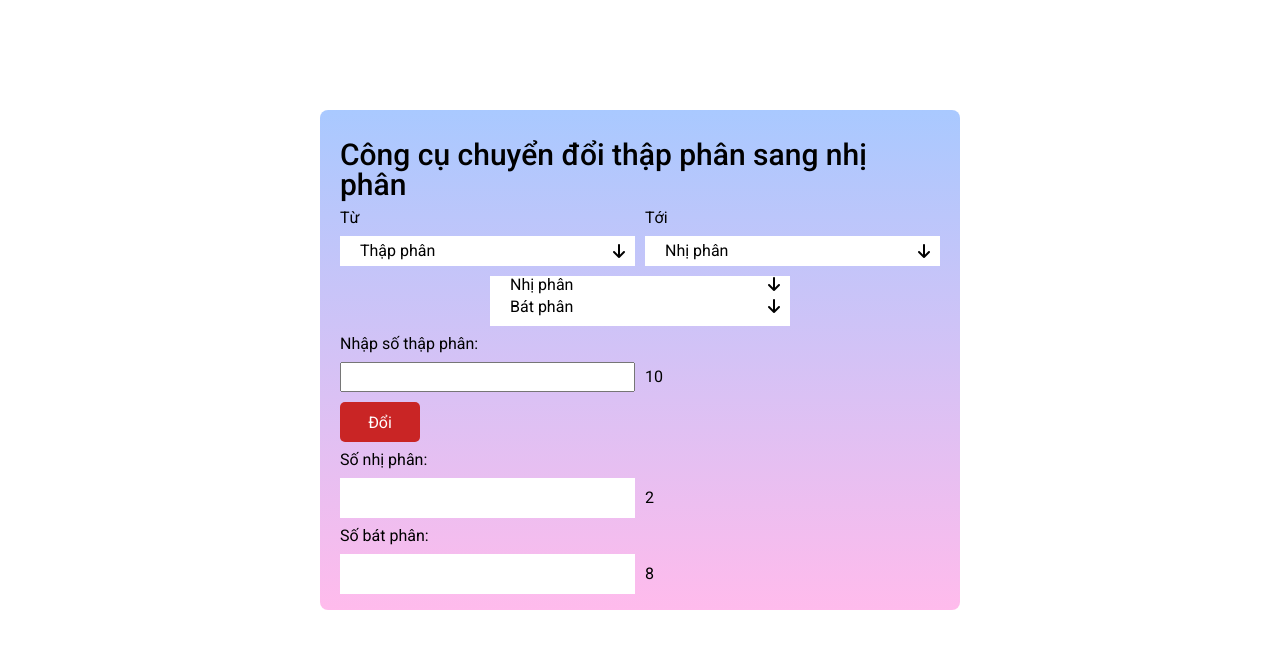
Repository: thuanpham00/covertNumber
Page: index.html
The author's editor kept a copy of each file at every save. The page is drawn from the files as they stood at one save, then again after the next save.
The browser window is 1280 px wide. The pictures show the whole page.
Some web libraries are served in a nearby version. The style sheet was rebuilt from its Sass, Less or Tailwind sources for each picture, by a compiler version that may differ from the author's.

Above is the page before, as saved 2023-11-05 16:46:38.
Console error: TypeError: Cannot read properties of null (reading 'addEventListener')

After the next save:
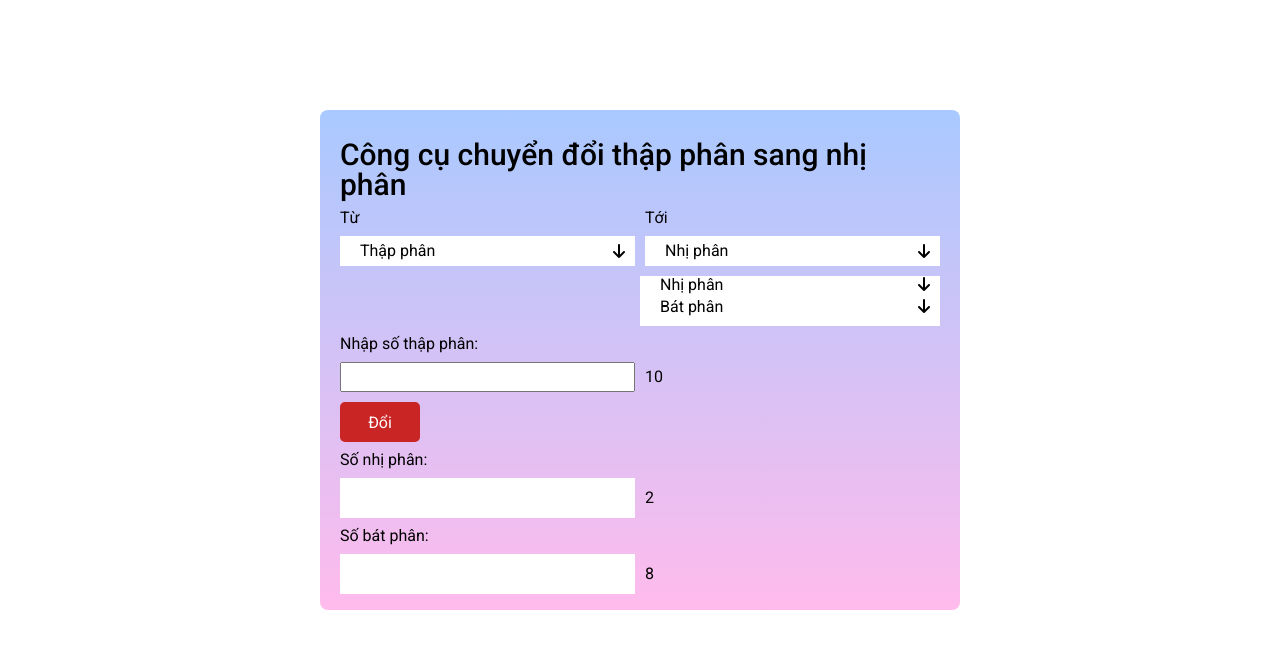
Saved 6 s later.
--- a/scss/main.scss
+++ b/scss/main.scss
@@ -222,7 +222,7 @@ button {
 }
 
 .list {
-    margin-left: 150px;
+    margin-left: auto;
     margin-top: 10px;
     height: 50px;
     width: 50%;
